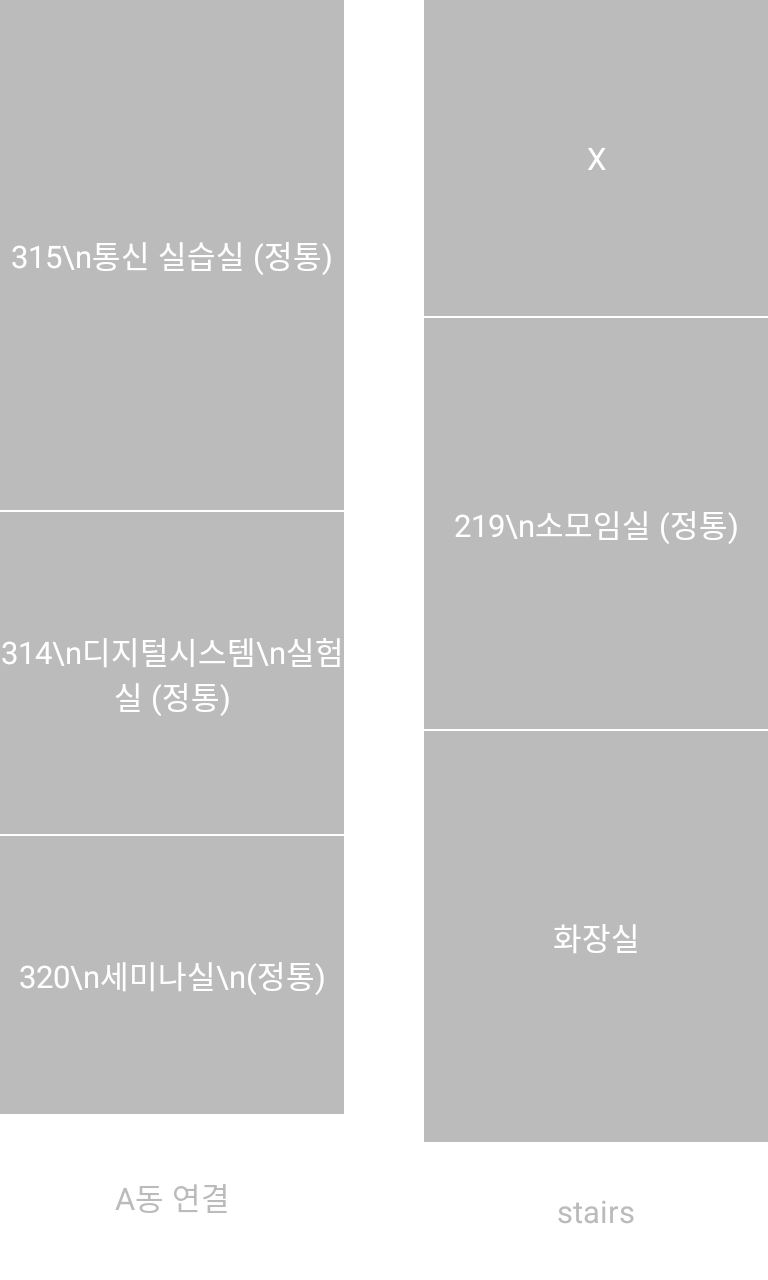
Repository: Choi-HyunWoo/Baddest
Layout: WorkOn_Hyunwoo/hansung.campusmap/res/layout/campus_gonghakb3.xml
The author's editor kept a copy of each file at every save. The layout is drawn from the files as they stood at one save, then again after the next save.
It is drawn on a 768 x 1280 px phone screen (xhdpi) without system bars, with theme android:Theme.Light.NoTitleBar; the app's code is not run.

Above is the layout before, as saved 2014-05-30 13:09:17.

After the next save:
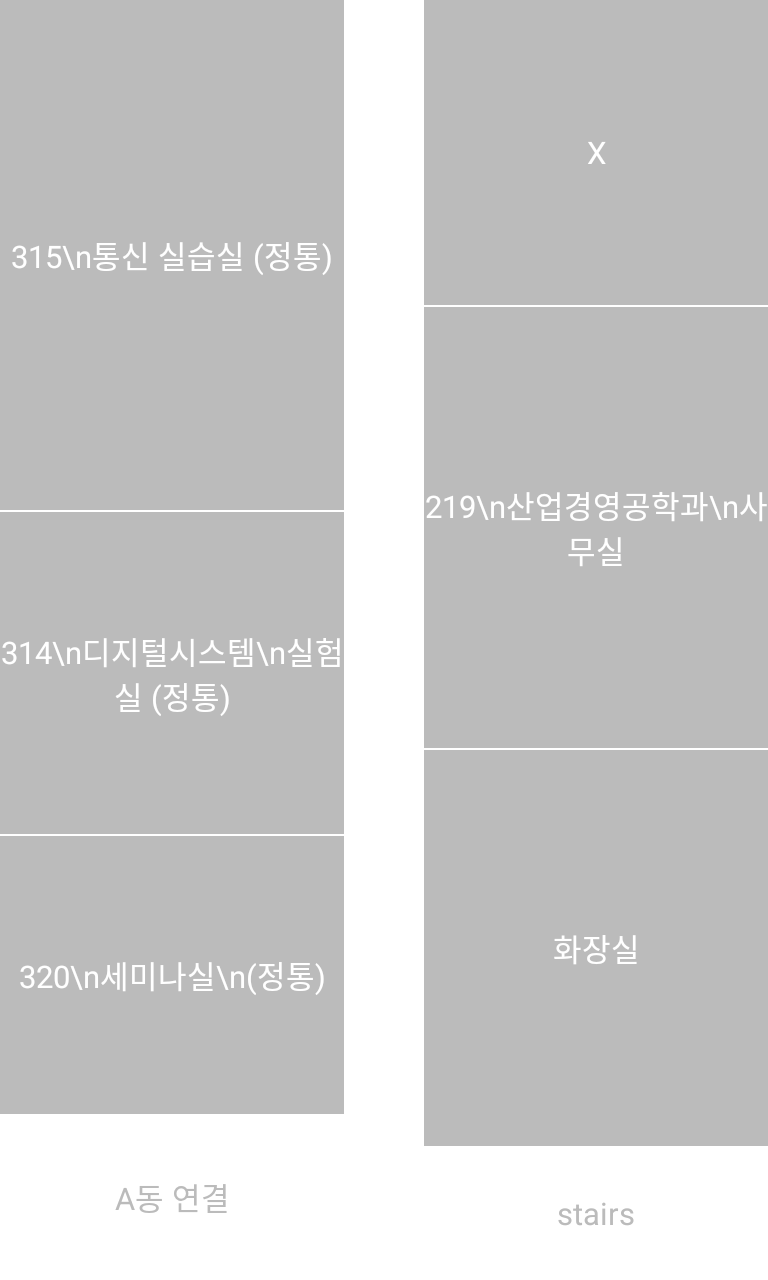
Saved 118 s later.
--- a/WorkOn_Hyunwoo/hansung.campusmap/res/layout/campus_gonghakb3.xml
+++ b/WorkOn_Hyunwoo/hansung.campusmap/res/layout/campus_gonghakb3.xml
@@ -46,7 +46,7 @@
             android:layout_weight="3"
             style="@style/RoomButton" />
         <Button
-            android:text="219\n소모임실 (정통)"
+            android:text="219\n산업경영공학과\n사무실"
             android:layout_weight="4"
             style="@style/RoomButton" />
         <Button
